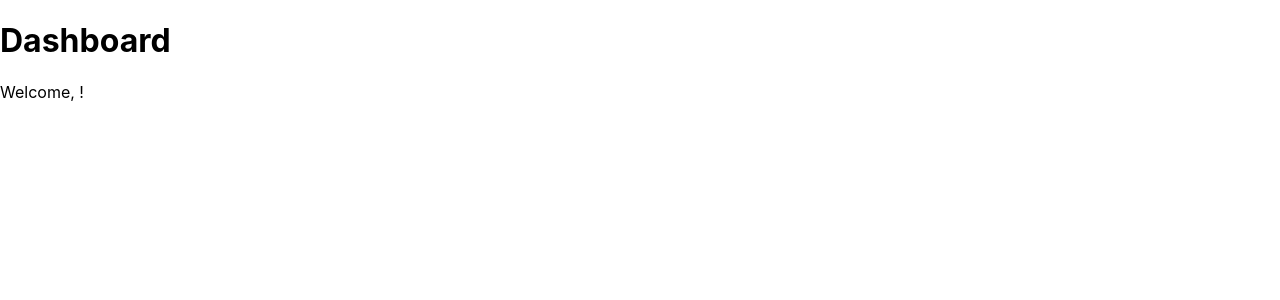
Repository: Idrees-Mo/shop-admin
Page: /
An editor plug-in stored every save of this project. The page is shown before and after the next save, followed by the edit.
The browser window is 1280 px wide. The pictures show the whole page.
The project was rebuilt for these pictures with package versions that can differ from the ones it lists, and the page was loaded fresh each time. Also part of the build but not shown: src/App.css.

Above is the page before, as saved 2025-10-23 11:24:19.

### src/App.js
import "./App.css";
import { AuthProvider } from "./contexts/AuthContext";
import Dashboard from "./components/Dashboard";

function App() {
  return (
    <AuthProvider>
      <Dashboard />
    </AuthProvider>
  );
}

export default App;

### src/contexts/AuthContext.js
import { createContext, useContext, useState } from "react";

const AuthContext = createContext();

export const AuthProvider = ({ children }) => {
  const [user, setUser] = useState(null);
  const [loading, setLoading] = useState(true);

  const loging = async (email, password) => {
    // Simulate an API call
    return new Promise((resolve) => {
      setTimeout(() => {
        // Simulate successful login
        setUser({ id: 1, name: "Admin User", email, role: "admin" });
        setLoading(false);
        resolve();
      }, 1000);
    });
  };

  const logout = () => {
    setUser(null);
  };

  const value = { user, setUser, loading, loging, logout };

  return <AuthContext.Provider value={value}>{children}</AuthContext.Provider>;
};

export const useAuth = () => {
  const context = useContext(AuthContext);
  if (!context) {
    throw new Error("useAuth must be used within an AuthProvider");
  }
  return context;
};

### src/components/Dashboard.js
import React from "react";

import { useAuth } from "../contexts/AuthContext";

const Dashboard = () => {
  const { user } = useAuth();
  return (
    <div>
      <h1>Dashboard</h1>
      <p>Welcome, {user}!</p>
    </div>
  );
};
export default Dashboard;

### src/components/auth/Login.js
const Login = () => {
  return (
    <div>
      <h1>Login Page</h1>
      <form>
        <div>
          <label>Email:</label>
          <input type="email" />
        </div>
        <div>
          <label>Password:</label>
          <input type="password" />
        </div>
        <button type="submit">Login</button>
      </form>
    </div>
  );
};

export default Login;

Loaded but not shown: public/index.html (common file); src/index.js (common file); src/index.css (common file); src/reportWebVitals.js (common file)

After the next save:
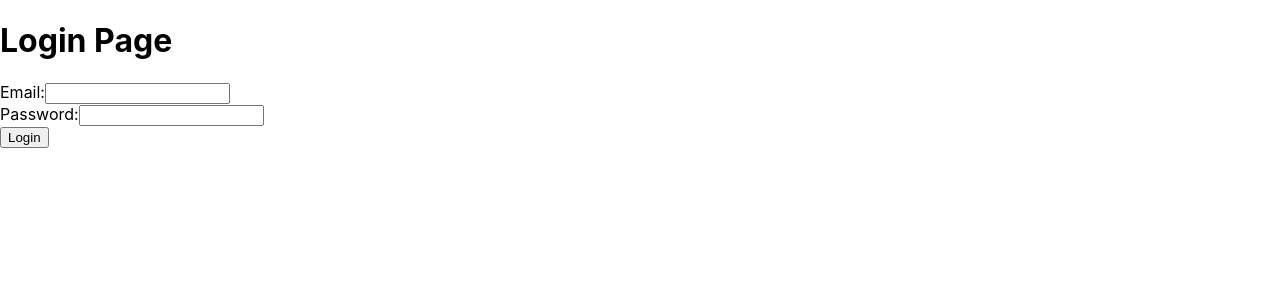
Saved 3 min 5 s later.
--- a/src/App.js
+++ b/src/App.js
@@ -1,11 +1,18 @@
 import "./App.css";
-import { AuthProvider } from "./contexts/AuthContext";
+import { AuthProvider, useAuth } from "./contexts/AuthContext";
 import Dashboard from "./components/Dashboard";
+import Login from "./components/auth/Login";
+
+function AppContent() {
+  const { user } = useAuth();
+
+  return <div>{user ? <Dashboard /> : <Login />}</div>;
+}
 
 function App() {
   return (
     <AuthProvider>
-      <Dashboard />
+      <AppContent />
     </AuthProvider>
   );
 }
